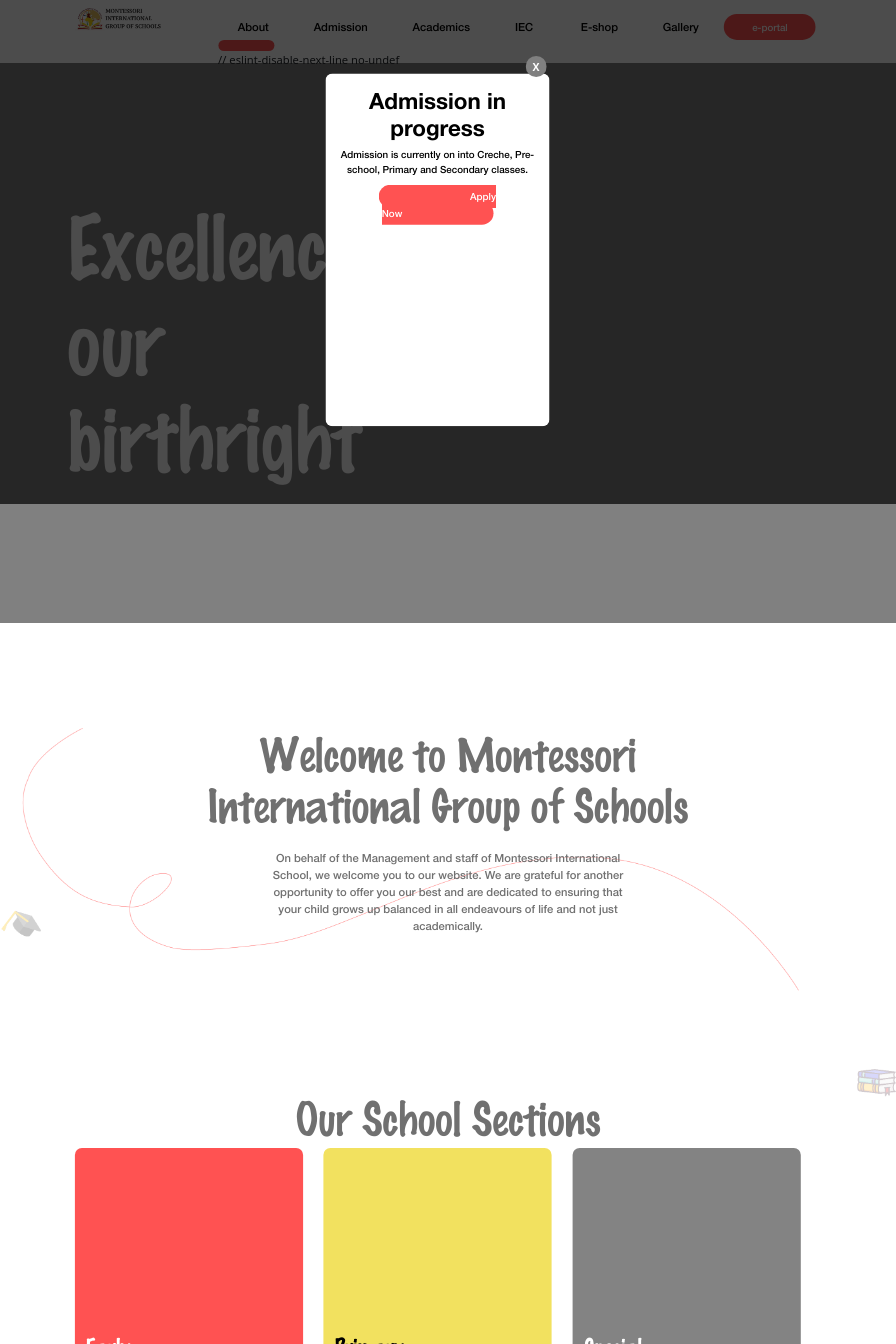
Repository: sarahnnanyelugo/MIGS
Page: /
An editor plug-in stored every save of this project. The page is shown before and after the next save, followed by the edit.
The browser window is 1280 px wide. The pictures show the part of the page from y = 0 to 1920 px (the page is 6373 px tall), at 70% of full size.
The project was rebuilt for these pictures with package versions that can differ from the ones it lists, and the page was loaded fresh each time.

Above is the page before, as saved 2023-05-30 17:25:48.

### src/index.js
import React from "react";
import ReactDOM from "react-dom/client";
import "./index.css";
import App from "./App";
import reportWebVitals from "./reportWebVitals";
import "bootstrap/dist/css/bootstrap.min.css";
import { BrowserRouter, Routes, Route, Link, Outlet } from "react-router-dom";
const root = ReactDOM.createRoot(document.getElementById("root"));
root.render(
  <BrowserRouter>
    <App />
  </BrowserRouter>
);

// If you want to start measuring performance in your app, pass a function
// to log results (for example: reportWebVitals(console.log))
// or send to an analytics endpoint. Learn more: https://bit.ly/CRA-vitals
reportWebVitals();

### src/App.js
import logo from "./logo.svg";
import "./App.scss";
import "bootstrap/dist/css/bootstrap.min.css";
import { BrowserRouter, Routes, Route, Link, Outlet } from "react-router-dom";
import Home from "./pages/Home/Home";
import ScrollToTop from "./components/scrollToTop";
import NavBar from "./components/NavBar/NavBar";
function App() {
  return (
    <>
      <ScrollToTop />
      <NavBar />
      <Routes>
        {" "}
        <Route path="/" element={<Home />} />
        {/* <Route path="tech-hub-page" element={<TechHub />} />
        <Route path="team-hire" element={<TeamHire />} />
        <Route path="hire-page" element={<HiringPage />} /> */}
      </Routes>
    </>
  );
}

export default App;

### src/App.scss
@font-face {
  font-family: maker;
  src: url(./assets/fonts/marker-felt/Marker-Felt.ttf);
}
@font-face {
  font-family: helveticaB;
  src: url(./assets/fonts/helvetica/HelveticaNeueBold.ttf);
}
@font-face {
  font-family: helveticaM;
  src: url(./assets/fonts/helvetica/HelveticaNeueMedium.ttf);
}
@font-face {
  font-family: helveticaR;
  // src: url(./assets/fonts/helvetica/HelveticaNeueRegular.ttf);
  src: url(./assets/fonts/helvetica/HelveticaNeue-Extended.otf);
}

h1,
h2,
h3,
h4,
h5,
h6 {
  font-family: maker;
}

### src/components/NavBar/NavBar.jsx
import React, { useEffect, useState, useRef } from "react";
import { Link, NavLink } from "react-router-dom";
import "./_navbar.scss";
import { useLocation } from "react-router-dom";
// import Icofont from "react-icofont";
import Logo from "../../assets/images/logo2.png";

function NavBar() {
  return (
    <>
      <div className="nav-container col-md-10 offset-md-1">
        {" "}
        <div className=" col-md-1 tech-logo-div">
          {" "}
          <img className="tech-logo" src={Logo} alt="Scholar" width="60%" />
        </div>
        <ul className="list-inline list-unstyled ">
          <li className="list-inline-item">
            <NavLink className="tech-links cool-link" to={"/"}>
              About
            </NavLink>
          </li>
          <li className="list-inline-item">
            <NavLink className="tech-links cool-link">Admission</NavLink>
          </li>
          <li className="list-inline-item">
            <NavLink className="tech-links cool-link">Academics</NavLink>
          </li>
          <li className="list-inline-item">
            <NavLink className="tech-links cool-link">IEC</NavLink>
          </li>{" "}
          <li className="list-inline-item">
            <NavLink className="tech-links cool-link">E-shop</NavLink>
          </li>
          <li className="list-inline-item">
            <NavLink className="tech-links cool-link">Gallery</NavLink>
          </li>
          <li className="list-inline-item">
            <button className="nav-btn">e-portal</button>
          </li>
          <li>
            <div class="mobile-container ">
              <div class="wrapper">
                <div class="app">
                  <div class="nav">
                    <div class="nav-bar">
                      <div class="logo"></div>
                      <div class="nav-btn">
                        <div class="btn-bar menu"></div>
                        <div class="btn-bar menu"></div>
                        <div class="btn-bar menu"></div>
                        <div class="btn-bar close"></div>
                        <div class="btn-bar close"></div>
                      </div>
                    </div>
                    <div class="nav-content">
                      <div class="background">
                        <div class="portion"></div>
                        <div class="portion"></div>
                        <div class="portion"></div>
                      </div>
                    </div>
                  </div>
                </div>
              </div>
              // eslint-disable-next-line no-undef
            </div>
          </li>
        </ul>
      </div>
    </>
  );
}

export default NavBar;

### src/components/AppModal/AppModal.js
import "./_app-modal.scss";

// import ModalImg from "../../assets/read2.png";
// import SampleLogo from "../../assets/wellspring.png";

import React, { useEffect, useRef, useState } from "react";

export const AppModal = () => {
  const [showActive, setShowActive] = useState(false);
  const modalContainer = useRef(null);
  const bodyTag = useRef(null);

  useEffect(() => {
    setTimeout(() => {
      // modalContainer.addClass("two");
      // document.body.addClass("modal-active");
      setShowActive(true);
      // modalContainer.click(function () {
      // setShowActive(false);
      // this.addClass("out");
      // document.body.removeClass("modal-active");
      // });
    }, 2000);
  }, []);
  const setThisShowActive = () => {
    setShowActive(!showActive);
  };
  return (
    <>
      <div
        className={`col-md-2 my-app-modal-container ${
          showActive ? "modal-active" : ""
        }`}
      >
        <div
          ref={modalContainer}
          className={`col-md-12 ${showActive ? "two" : ""}`}
          id="modal-container"
        >
          <div className="modal-background col-md-12">
            <button onClick={setThisShowActive} className="close-btn">
              {/* <i class="icofont-close">x</i> */}X
            </button>

            <div className="modal col-md-10">
              <div className="col-md-12 ">
                <h2>Admission in progress</h2>
                <p>
                  Admission is currently on into Creche, Pre-school, Primary and
                  Secondary classes.
                </p>
                <buttton className="app-btn col-md-12">Apply Now</buttton>
              </div>{" "}
            </div>
          </div>
        </div>
      </div>
    </>
  );
};

### src/pages/Home/home.scss
@import "../../variables";
@import "../../shared-styles";
.landing-img {
  position: relative;
  text-align: left;
  color: #fff;
  height: 800px;
  background-color: grey;
  @media screen and (max-width: 620px) {
    text-align: center;
  }
}
.centered {
  position: absolute;
  top: 50%;
  left: 20%;

  transform: translate(-50%, -50%);
  h1 {
    font-size: 114px !important;
    @media screen and (max-width: 620px) {
      font-size: 64px !important;
      margin-left: 120px;
    }
  }
}
.welcome-header {
  color: #707070;

  h1 {
    font-size: 60px;
  }
}
.welcome-paragraph {
  p {
    color: #707070;
    font-family: helveticaM;
  }
}
.welcome-div {
  height: 800px;
  background: url("../../assets/images/curly.png");
  background-size: contain;
  background-repeat: no-repeat;
}
.section-div {
  margin-top: -280px;

  h1 {
    font-size: 60px;
    color: #707070;
  }
}
.sections-container {
  position: relative;
  text-align: center;
  margin-bottom: 50px;
  border-radius: 10px;
  height: 358px;
}
.bottom-left {
  position: absolute;
  bottom: 8px;
  left: 16px;
}
.early-years {
  background: #ff5252;
  color: #fff;
}
.primary {
  background: #f2e15f;
  color: #000;
}
.special {
  background: #838383;
  color: #fff;
}
.junior {
  background: #2ebbef;
  color: #fff;
}
.senior {
  background: #30eaa9;
  color: #000;
}
.birthright-div {
  background: url("../../assets/images/pink-bg.png");
  background-size: cover;
  background-repeat: no-repeat;
  padding: 60px 0;
  margin: 100px 0;
  h1 {
    margin-bottom: 20px;
  }
  span {
    color: $red;
    font-size: 60px;
  }
  color: #707070;
  p {
    font-family: helveticaM;
    margin-bottom: 100px;
  }
  .img-div {
    height: 487px;
    border-radius: 10px;
    background: #fff;
  }
}
.stats-div {
  background: #554907;
  padding: 50px 0;
  h1 {
    color: #fff;
    font-size: 60px;
    // margin-bottom: 40px;
  }
  .stats {
    h1 {
      color: #fff;
      font-size: 70px;
      font-family: helveticaB;
    }
    p {
      color: #fff;
      font-family: helveticaM;
    }
  }
}
.news-div {
  margin-bottom: 50px;
  .img-div2 {
    background: #ede6e6;
    border-radius: 10px;
    height: 256px;
  }
  .news-details {
    padding: 0 0 0 20px;
    h4 {
      font-family: helveticaM;
      margin: 20px 0;
    }
    button {
      border: none;
      width: 72px;
      height: 30px;
      font-size: 13px;
      font-family: helveticaM;
      border-radius: 35px;
    }
    p {
      font-family: helveticaM;
      color: #414040;
      font-size: 15px;
    }
    small {
      font-size: 13px;
      color: #707070;
    }
    .holidays {
      background: #c6ddf4;
      color: #0b66c1;
    }
    .events {
      background: #f6f7be;
      color: #d3bd13;
    }
  }
}
.events-container {
  height: 149px;
  background: #ede6e6;
  width: 164px;
  border-radius: 20px;
  padding-top: 22px;
  h1 {
    font-family: helveticaM;
  }
  small {
    font-family: helveticaR;
    color: #414040;
  }
}
.upcoming-div {
  p {
    font-family: helveticaR;
    font-size: 20px;
    margin-top: 20px;
    line-height: 22px;
  }
}
.pictures-container {
  background: #fbe5e5;
  padding: 50px 0;
  h1 {
    font-size: 60px;
    color: #6c6868;
  }
  span {
    font-size: 70px;
    color: $red;
  }
  .img-div2 {
    background: #fff;
    border-radius: 20px;
    height: 250px;
  }
  .img-div {
    background: #fff;
    border-radius: 20px;
    height: 550px;
  }
}

### src/pages/Home/Events.js
import React from "react";

function Events({ day, year, month }) {
  return (
    <div className="events-container">
      <center>
        <small>{month}</small>
        <h1>{day}</h1>
        <small>{year}</small>
      </center>
    </div>
  );
}

export default Events;

### src/components/NavBar/_navbar.scss
@import "../../variables";
@import "../../shared-styles";

.nav-container {
  display: flex;
  padding-top: 20px;
  position: relative;
  z-index: 2 !important;
  padding-bottom: 0;
  height: 90px;
  background-color: #fff !important;
  ul li {
    margin-top: 0px !important;
  }
  .nav-btn {
    @include app-btn;
    padding: 8px 40px;
    // margin-top: 0 !important;
    border: none;
    @media screen and (max-width: 620px) {
      display: none;
    }
  }
  .tech-logo-div {
    flex-grow: 1 !important;
    margin-top: -10px;
  }
  .tech-links {
    color: #000;
    text-decoration: none;
    font-family: helveticaM;
    margin: 0px 28px !important;
    &:hover {
      color: $red;
    }
    @media screen and (max-width: 620px) {
      display: none;
    }
  }
}

### src/components/AppModal/_app-modal.scss
@import "../../variables";
@import "../../shared-styles";

.my-app-modal-container {
  position: relative;
  z-index: 3000 !important;
  .close-btn {
    right: 39% !important;
    background: grey !important;
    border-radius: 100%;
    position: relative;
    float: right;
    height: 30px !important;
    width: 30px !important;
    font-size: 15px;
    font-weight: bold;
    color: #fff !important;
    margin-top: -25px;

    background: transparent;
    border: none;
    z-index: 4000;
    &:hover {
      color: $lightblue !important;
    }
    @media screen and (max-width: 620px) {
      right: 5% !important;
      margin-top: 20px;
    }
  }
  * {
    box-sizing: border-box;
  }

  html,
  body,
  .my-app-modal-container {
    min-height: 100%;
    height: 100%;

    &.modal-active {
      overflow: hidden;
    }
  }

  #modal-container {
    position: fixed;
    display: table;
    height: 100%;
    width: 100%;
    top: 0;
    left: 0;
    transform: scale(0);
    z-index: 1;

    &.two {
      transform: scale(1);
      .modal-background {
        background: rgba(0, 0, 0, 0);
        animation: fadeIn 0.5s cubic-bezier(0.165, 0.84, 0.44, 1) forwards;
        .modal {
          opacity: 0;
          animation: scaleUp 1s cubic-bezier(0.165, 0.84, 0.44, 1) forwards;
          background: #fff !important;
          border-radius: 10px;
          width: 25%;
          height: 70%;
          top: 0px;
          padding: 20px;
          @media screen and (max-width: 620px) {
            height: fit-content;
            width: 90%;
            top: 70px;
          }
          color: black;

          p {
            text-align: center !important;
            font-family: helveticaM;
            font-size: 14px;
          }
          h2 {
            font-family: helveticaB;
          }
        }
      }
      + .content {
        animation: scaleBack 0.5s cubic-bezier(0.165, 0.84, 0.44, 1) forwards;
      }
      &.out {
        animation: quickScaleDown 0s 0.5s linear forwards;
        .modal-background {
          animation: fadeOut 0.5s cubic-bezier(0.165, 0.84, 0.44, 1) forwards;
          .modal {
            animation: scaleDown 0.5s cubic-bezier(0.165, 0.84, 0.44, 1)
              forwards;
          }
        }
        + .content {
          animation: scaleForward 0.5s cubic-bezier(0.165, 0.84, 0.44, 1)
            forwards;
        }
      }
    }

    .modal-background {
      display: table-cell;
      background: rgba(0, 0, 0, 0.6);
      text-align: center;
      vertical-align: middle;
      .modal {
        background: white;
        padding: 30px 0;
        display: inline-block;
        position: relative;

        .modal-svg {
          position: absolute;
          top: 0;
          left: 0;
          height: 100%;
          width: 100%;
          border-radius: 3px;
          rect {
            stroke: #fff;
            stroke-width: 2px;
            stroke-dasharray: 778;
            stroke-dashoffset: 778;
          }
        }
      }
    }
  }

  @keyframes unfoldIn {
    0% {
      transform: scaleY(0.005) scaleX(0);
    }
    50% {
      transform: scaleY(0.005) scaleX(1);
    }
    100% {
      transform: scaleY(1) scaleX(1);
    }
  }

  @keyframes unfoldOut {
    0% {
      transform: scaleY(1) scaleX(1);
    }
    50% {
      transform: scaleY(0.005) scaleX(1);
    }
    100% {
      transform: scaleY(0.005) scaleX(0);
    }
  }

  @keyframes zoomIn {
    0% {
      transform: scale(0);
    }
    100% {
      transform: scale(1);
    }
  }

  @keyframes zoomOut {
    0% {
      transform: scale(1);
    }
    100% {
      transform: scale(0);
    }
  }

  @keyframes fadeIn {
    0% {
      background: rgba(0, 0, 0, 0);
    }
    100% {
      background: rgba(0, 0, 0, 0.7);
    }
  }

  @keyframes fadeOut {
    0% {
      background: rgba(0, 0, 0, 0.7);
    }
    100% {
      background: rgba(0, 0, 0, 0);
    }
  }

  @keyframes scaleUp {
    0% {
      transform: scale(0.8) translateY(1000px);
      opacity: 0;
    }
    100% {
      transform: scale(1) translateY(0px);
      opacity: 1;
    }
  }

  @keyframes scaleDown {
    0% {
      transform: scale(1) translateY(0px);
      opacity: 1;
    }
    100% {
      transform: scale(0.8) translateY(1000px);
      opacity: 0;
    }
  }

  @keyframes scaleBack {
    0% {
      transform: scale(1);
    }
    100% {
      transform: scale(0.85);
    }
  }

  @keyframes scaleForward {
    0% {
      transform: scale(0.85);
    }
    100% {
      transform: scale(1);
    }
  }

  @keyframes quickScaleDown {
    0% {
      transform: scale(1);
    }
    99.9% {
      transform: scale(1);
    }
    100% {
      transform: scale(0);
    }
  }

  @keyframes slideUpLarge {
    0% {
      transform: translateY(0%);
    }
    100% {
      transform: translateY(-100%);
    }
  }

  @keyframes slideDownLarge {
    0% {
      transform: translateY(-100%);
    }
    100% {
      transform: translateY(0%);
    }
  }

  @keyframes moveUp {
    0% {
      transform: translateY(150px);
    }
    100% {
      transform: translateY(0);
    }
  }

  @keyframes moveDown {
    0% {
      transform: translateY(0px);
    }
    100% {
      transform: translateY(150px);
    }
  }

  @keyframes blowUpContent {
    0% {
      transform: scale(1);
      opacity: 1;
    }
    99.9% {
      transform: scale(2);
      opacity: 0;
    }
    100% {
      transform: scale(0);
    }
  }

  @keyframes blowUpContentTwo {
    0% {
      transform: scale(2);
      opacity: 0;
    }
    100% {
      transform: scale(1);
      opacity: 1;
    }
  }

  @keyframes blowUpModal {
    0% {
      transform: scale(0);
    }
    100% {
      transform: scale(1);
    }
  }

  @keyframes blowUpModalTwo {
    0% {
      transform: scale(1);
      opacity: 1;
    }
    100% {
      transform: scale(0);
      opacity: 0;
    }
  }

  @keyframes roadRunnerIn {
    0% {
      transform: translateX(-1500px) skewX(30deg) scaleX(1.3);
    }
    70% {
      transform: translateX(30px) skewX(0deg) scaleX(0.9);
    }
    100% {
      transform: translateX(0px) skewX(0deg) scaleX(1);
    }
  }

  @keyframes roadRunnerOut {
    0% {
      transform: translateX(0px) skewX(0deg) scaleX(1);
    }
    30% {
      transform: translateX(-30px) skewX(-5deg) scaleX(0.9);
    }
    100% {
      transform: translateX(1500px) skewX(30deg) scaleX(1.3);
    }
  }

  @keyframes sketchIn {
    0% {
      stroke-dashoffset: 778;
    }
    100% {
      stroke-dashoffset: 0;
    }
  }

  @keyframes sketchOut {
    0% {
      stroke-dashoffset: 0;
    }
    100% {
      stroke-dashoffset: 778;
    }
  }

  @keyframes modalFadeIn {
    0% {
      background-color: transparent;
    }
    100% {
      background-color: white;
    }
  }

  @keyframes modalFadeOut {
    0% {
      background-color: white;
    }
    100% {
      background-color: transparent;
    }
  }

  @keyframes modalContentFadeIn {
    0% {
      opacity: 0;
      top: -20px;
    }
    100% {
      opacity: 1;
      top: 0;
    }
  }

  @keyframes modalContentFadeOut {
    0% {
      opacity: 1;
      top: 0px;
    }
    100% {
      opacity: 0;
      top: -20px;
    }
  }

  @keyframes bondJamesBond {
    0% {
      transform: translateX(1000px);
    }
    80% {
      transform: translateX(0px);
      border-radius: 75px;
      height: 75px;
      width: 75px;
    }
    90% {
      border-radius: 3px;
      height: 182px;
      width: 247px;
    }
    100% {
      border-radius: 3px;
      height: 162px;
      width: 227px;
    }
  }

  @keyframes killShot {
    0% {
      transform: translateY(0) rotate(0deg);
      opacity: 1;
    }
    100% {
      transform: translateY(300px) rotate(45deg);
      opacity: 0;
    }
  }

  @keyframes fadeToRed {
    0% {
      background-color: rgba(black, 0.6);
    }
    100% {
      background-color: rgba(red, 0.8);
    }
  }

  @keyframes slowFade {
    0% {
      opacity: 1;
    }
    99.9% {
      opacity: 0;
      transform: scale(1);
    }
    100% {
      transform: scale(0);
    }
  }
}

### src/_variables.scss
$yellow: rgb(255, 210, 16);
$red: #ff5252;
$skyblue: rgb(83, 180, 242);
$lightblue: rgb(12, 99, 177);
$lightblue2: rgb(12, 88, 160);
$lighterblue: rgb(211, 236, 252);
$deepblue2: rgb(0, 79, 157);
$mainblue: rgb(1, 71, 141);

@mixin app-btn {
  color: #fff;
  border-radius: 35px;
  padding: 8px 130px;
  font-size: 14px;
  background: $red;
  @media screen and (max-width: 620px) {
    padding: 8px 100px;
  }
  font-family: helveticaM;
  &:hover {
    background: #c90e0e;
    transition: 0.5s ease;
  }
}

### src/_shared-styles.scss
@import "./variables";

@media screen and (max-width: 620px) {
  .flexyM {
    display: flex !important;
  }
  .side-menu {
    display: none !important;
  }
  .page-body {
    padding: 20px;
  }

  .dn {
    display: none;
  }
  .holder img {
    height: 200px;
    margin-top: 40px !important;
  }
  .overlay {
    bottom: -30px !important;
  }
  .m-margin {
    margin-top: 0 !important;
    margin-bottom: 0 !important;
  }
  .navigations {
    display: none;
  }
  .breadcrum {
    margin-top: 350px !important;
  }
}
@media screen and (min-width: 620px) {
  .flexy {
    display: flex;
  }
  .spread {
    display: flex;
  }
  // {
  //   display:none;
  // }
}

/* Container needed to position the overlay. Adjust the width as needed */
.holder {
  position: relative;
  width: 100%;
}

.side-nav2 {
  @media screen and (max-width: 620px) {
    padding: 0 10px 0;
  }
}
.br {
  border-radius: 10px;
}
.mt1 {
  margin-top: 10px;
}
.mt2 {
  margin-top: 20px;
}
.mt3 {
  margin-top: 30px;
}
.mt4 {
  margin-top: 40px;
}
.mt5 {
  margin-top: 50px;
}
.mt6 {
  margin-top: 60px;
}
.mt7 {
  margin-top: 70px;
}
.mt8 {
  margin-top: 80px;
}
.mt9 {
  margin-top: 90px;
}
.mt {
  margin-top: 120px;
}
.mtt {
  margin-top: 150px;
}
.mr1 {
  margin-right: 10px;
}
.mr2 {
  margin-right: 20px;
}
.mr3 {
  margin-right: 30px;
}
.mr4 {
  margin-right: 40px;
}
.mr5 {
  margin-right: 50px;
}
.mr6 {
  margin-right: 60px;
}
.mr7 {
  margin-right: 70px;
}
.mb1 {
  margin-bottom: 10px;
}
.mb2 {
  margin-bottom: 20px;
}
.mb3 {
  margin-bottom: 30px;
}
.mb4 {
  margin-bottom: 40px;
}
.mb5 {
  margin-bottom: 50px;
}
.mb6 {
  margin-bottom: 60px;
}
.ml2 {
  margin-left: 20px;
}
.ml3 {
  margin-left: 30px;
}
.ml4 {
  margin-left: 40px;
}
.ml5 {
  margin-left: 50px;
}
.ml6 {
  margin-left: 60px;
}

.app-btn {
  @include app-btn;
  width: 100% !important;
}
.tac {
  text-align: center;
}
.normal-link {
  font-family: helveticaM;
  color: black !important;
  text-decoration: none;
}

Loaded but not shown: public/index.html (common file); src/index.css (common file); src/reportWebVitals.js (common file); src/components/scrollToTop.js (common file); src/pages/Home/Home.js (353 lines, source omitted)

After the next save:
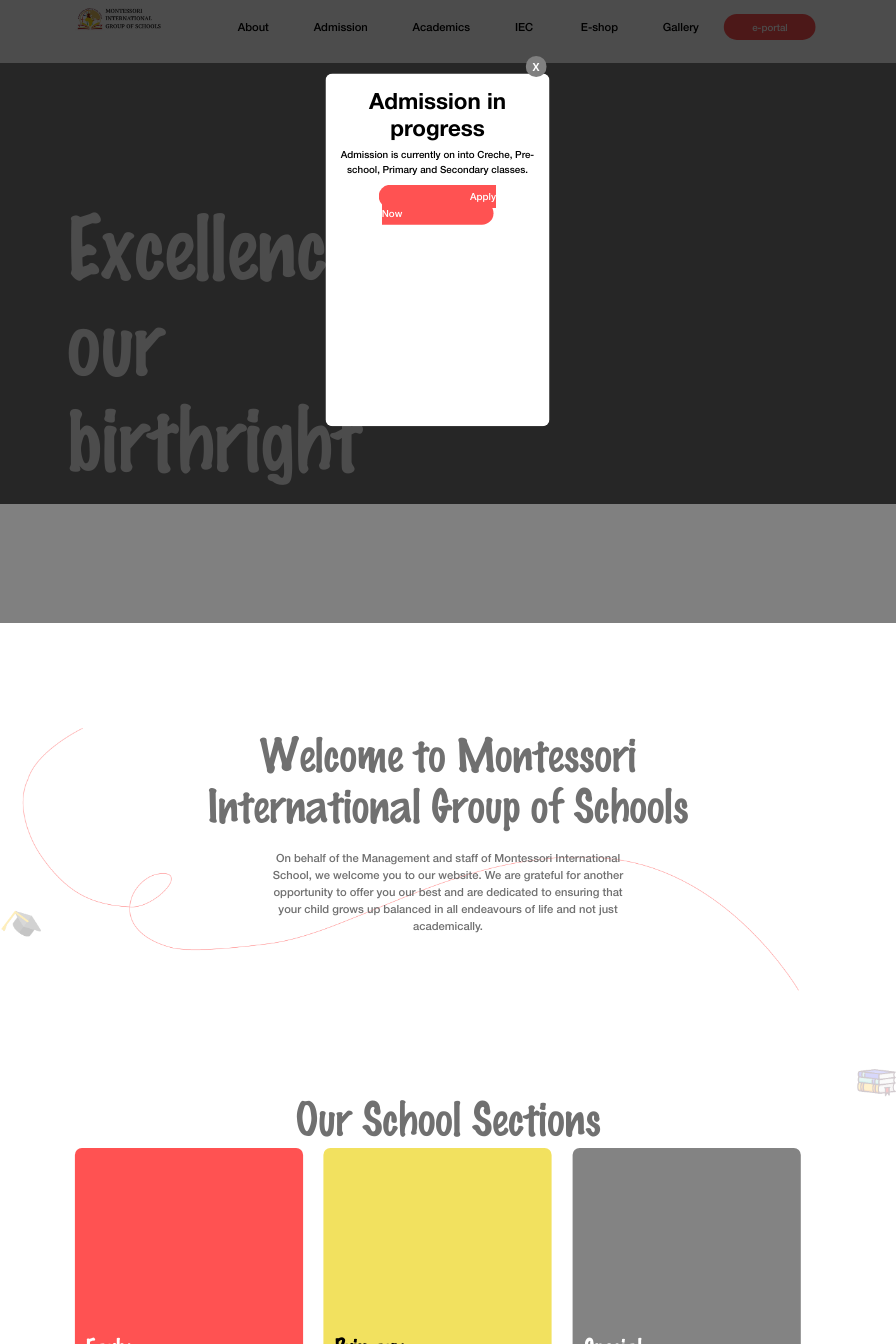
Saved 18 s later.
--- a/src/components/NavBar/NavBar.jsx
+++ b/src/components/NavBar/NavBar.jsx
@@ -39,32 +39,7 @@
             <button className="nav-btn">e-portal</button>
           </li>
           <li>
-            <div class="mobile-container ">
-              <div class="wrapper">
-                <div class="app">
-                  <div class="nav">
-                    <div class="nav-bar">
-                      <div class="logo"></div>
-                      <div class="nav-btn">
-                        <div class="btn-bar menu"></div>
-                        <div class="btn-bar menu"></div>
-                        <div class="btn-bar menu"></div>
-                        <div class="btn-bar close"></div>
-                        <div class="btn-bar close"></div>
-                      </div>
-                    </div>
-                    <div class="nav-content">
-                      <div class="background">
-                        <div class="portion"></div>
-                        <div class="portion"></div>
-                        <div class="portion"></div>
-                      </div>
-                    </div>
-                  </div>
-                </div>
-              </div>
-              // eslint-disable-next-line no-undef
-            </div>
+            <div class="mobile-container "></div>
           </li>
         </ul>
       </div>
